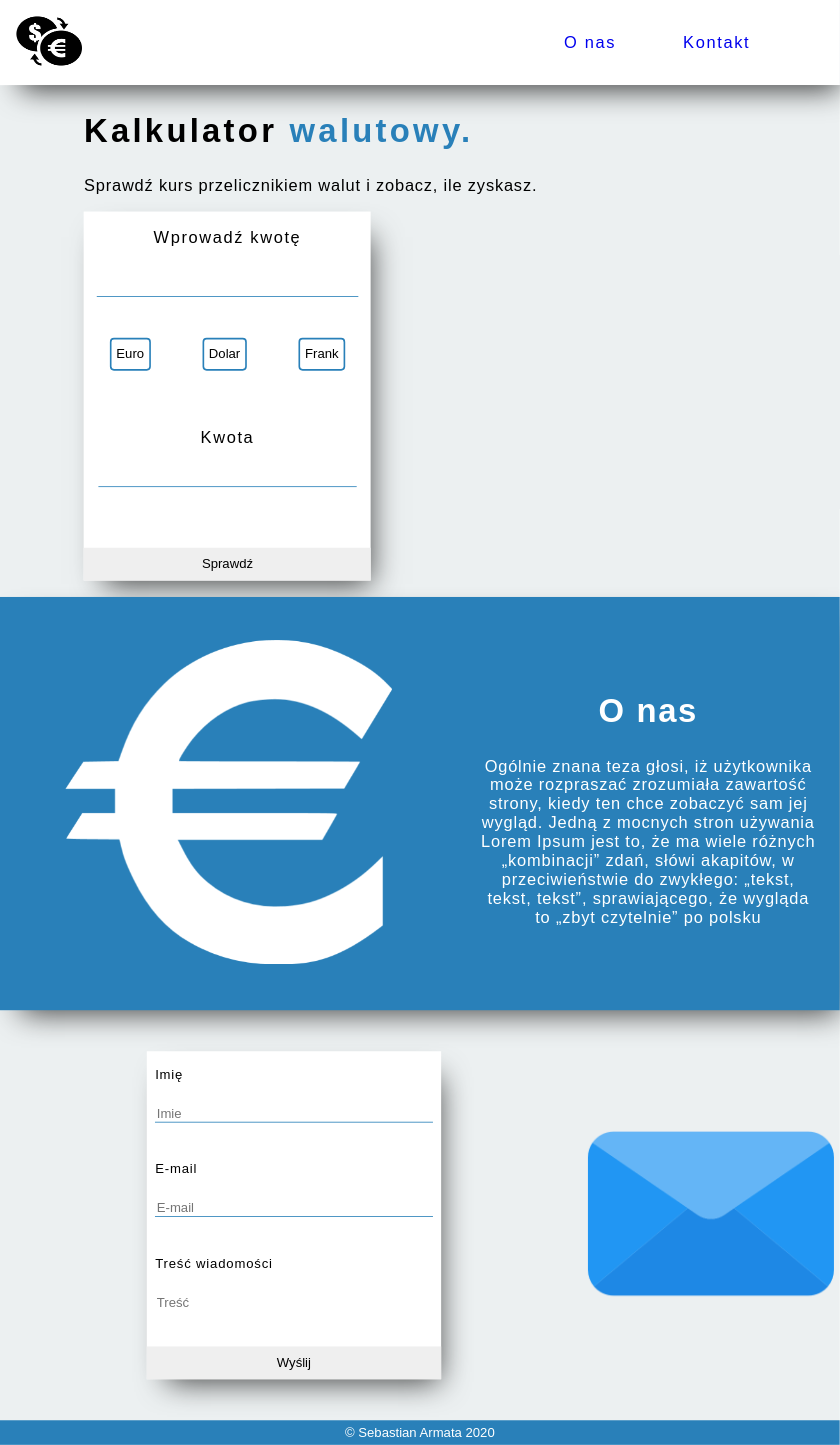
Repository: SebastianArmata22/Kalkulator-walut
Page: index.html
The author's editor kept a copy of each file at every save. The page is drawn from the files as they stood at one save, then again after the next save.
The browser window is 1024 px wide. The pictures show the whole page, at 82% of full size.

Above is the page before, as saved 2020-10-28 12:53:20.

### index.html
<!DOCTYPE html>

<html>
    <head>
        <meta charset="utf-8">
        <meta http-equiv="X-UA-Compatible" content="IE=edge">
        <title>Kalkulator walut</title>
        <meta name="description" content="">
        <meta name="viewport" content="width=device-width, initial-scale=1">
        <link rel="stylesheet" href="style.css">
    </head>
    <body>

    <div class="container">
        <nav>
        <div class="menu-container">
            <div class="logo">
                <a href="#"><img src="./photos/logo.png"></a>
            </div>
            <div class="menu">
                <ul>
                    <li><a href="#about-us">O nas</a></li>
                    <li><a href="#contact">Kontakt</a></li>
                </ul>
            </div>
        </div>
        </nav>
        <section>
        <div class="main-content">
            <div class="calculator-content">
            <div class="text">
                <h1>Kalkulator <span>walutowy.</span></h1>
                <p>Sprawdź kurs przelicznikiem walut i zobacz, ile zyskasz.</p>
            </div>
            <div class="calculator ">
                <label for="inputNumber" class="text-label">Wprowadź kwotę</label><br>
                <input type="text" id="inputNumber">
                    <div class="inp-div">
                        <button id="euro" onclick="checkCurrency(this)">Euro</button>
                        <button id="dolar" onclick="checkCurrency(this)">Dolar</button>
                        <button id="frank" onclick="checkCurrency(this)">Frank</button>
                    </div>
                <label for="outputNumber" class="text-label"> Kwota</label><br>
                <div id="outputNumber"></div>
                <button id="check" onclick="getData()">Sprawdź</button>
            </div>
        </div>
        <div class="about-us" id="about-us">
            <div class="photo-euro">
                <img src="./photos/euro-512.png">
            </div>
            <div class="abous-us-contact">
                <h1>O  nas</h1>
                <p>Ogólnie  znana  teza  głosi,  iż  użytkownika  może  rozpraszać  zrozumiała
                    zawartość  strony, kiedy ten chce zobaczyć sam jej wygląd.
                    Jedną z mocnych stron używania Lorem Ipsum jest to, że ma wiele różnych
                     „kombinacji” zdań, słówi akapitów, w przeciwieństwie do zwykłego: „tekst,
                        tekst,   tekst”,   sprawiającego,   że   wygląda   to   „zbyt   czytelnie”
                           po   polsku</p>
            </div>
        </div>
        </section>
        <div class="contact" id="contact">
            <div class="contact-form-container">
            <form class="contact-form" action="https://formspree.io/f/xqkgbkbb" method="POST">
                <label for="">Imię</label><br />
                <input class="name" type="text" placeholder="Imie" name="name"><br />
                <label for="">E-mail</label><br />
                <input class="email" type="email" placeholder="E-mail" name="_replyto"><br />
                <label for="">Treść wiadomości</label><br />
                <textarea class="text-area" name="message" placeholder="Treść"></textarea>
                <button class="">Wyślij</button>

            </form>
        </div>
            <div class="contact-img">
                <img src="./photos/email.png">
            </div>
        </div>
    </div>
    <footer>
        <div class="footer">
            <p>© Sebastian Armata 2020</p>
        </div>
    </footer>
    </div>
        <script src="script.js" ></script>
    </body>
</html>

### style.css
* {
    font-family: 'Robot', sans-serif !important;
}

h1 {
    font-weight: 800;
    font-size: 40px !important;
}

body{
    margin: 0;
    padding: 0;
    box-sizing: border-box;
}
.container{
width: 100%;
}
.menu-container{
    position: relative;
    display: flex;
    align-items: center;
    box-shadow: 12px 18px 35px -13px rgba(0,0,0,0.75);
}
.logo img{
    position: relative;
    top: 0;
    left: 0;
    height: 60px;
    width: 80px;
    padding: 20px;
}
.menu{

    position: absolute;
    right: 0;
   margin-right: 50px;
}
.menu ul li{
    display: inline-flex;
    justify-content: space-around;
}
.menu ul li a{
    display: flex;
    text-decoration: none;
    height: 50px;
    width: 100px;
    justify-content: center;
    align-items: center;
    font-size: 20px;
    letter-spacing: 2px;
    margin-right: 50px;
}

.menu ul li a:hover{
    border-bottom: 5px solid #2980b9;
    margin-bottom: -5px;
    transition: all 0.3s ease-out;

}
.main-content{
    display: flex;
    align-items: center;
    justify-content: center;
    flex-wrap: wrap;
    background-color:#ecf0f1 ;
}
.calculator-content{
    width: 80%;
    min-height: 80vh;
    display: flex;
    align-items: center;
    justify-content:space-between;
    flex-wrap: wrap;
}
.calculator{
    display: flex;
    flex-direction: column;
    box-shadow: 12px 18px 35px -13px rgba(0,0,0,0.75);
    height: 450px;
    width: 350px;
    text-align: center;
    background-color: white;
}
.text h1{
    font-size: 50px;
    letter-spacing: 4px;
}
.text p{
    font-size: 20px;
    letter-spacing: 1px;

}
#outputNumber{
    width: 90%;
    height: 30px;
    border-bottom: 1px solid #2980b9;
    margin: auto;
    margin-top: 0;

}
.calculator button{
    height: 40px;
    border-style: none;
    font-size: 16px;
}
.calculator button:hover{
    background-color: #2980b9;
    color: white;
    transition: all 0.3s ease-out;
    cursor: pointer ;
}
.inp-div button{
    border: 2px solid #2980b9;
    background-color: white;
    border-radius: 5px;
}
.calculator input[type=text]{
    border-style: none;
    height: 40px;
    border-bottom: 1px solid #2980b9;
    width: 90%;
    margin: auto;
    margin-top: 0px;
    margin-bottom: 50px;
}
.text-label{
    margin-top: 20px;
    font-size: 20px;
    letter-spacing: 2px;
}

.inp-div{
    display: flex;
    flex-direction: row;
    align-items: center;
    justify-content: space-around;

}

.inp-div button{
margin-bottom: 50px;
}
.text span{
    color: #2980b9;
}
.about-us{
    display: flex;
    justify-content: space-around;
    align-items: center;
    margin-top: 20px;
    text-align: center;
    background-color: #2980b9;
    box-shadow: 12px 18px 35px -13px rgba(0,0,0,0.75);
    flex-wrap: wrap;
}
.about-us img{
    height: 400px;
}
.abous-us-contact{
    width: 40%;
}
.abous-us-contact h1{
    letter-spacing: 2px;
    font-size: 40px;
    color: white;
}
.abous-us-contact p{
    font-size: 20px;
    letter-spacing: 1px;
    color: white;

}
.photo-euro{
    padding: 50px;
}
.contact{
    display: flex;
    align-items: center;
    padding: 50px 0 50px 0;
    background-color:#ecf0f1 ;
    flex-wrap: wrap;

}
.contact-form{
    display: flex;
    flex-direction: column;
    box-shadow: 12px 18px 35px -13px rgba(0,0,0,0.75);
    width: 50%;
    height: 400px;
    position: relative;
    text-align: left;
    letter-spacing: 1px;
    background-color: white;

}
.contact-form input {
    margin: 10px;
    border-style: none;
    border-bottom: 1px solid #2980b9;
    font-size: 16px;

}
.contact-form textarea
{
    margin: 10px;
    height: 100px;
    border-style: none;
    border-bottom: 1px solid #2980b9;
    font-size: 16px;
}
.contact-form label {
    margin: 20px 0 0 10px;
}
.contact-form button{
position: absolute;
bottom: 0;
width: 100%;
height: 40px;
border-style: none;
font-size: 16px;
}
.contact-form button:hover{
    background-color: #2980b9;
    color: white;
    transition: all 0.3s ease-out;
    cursor: pointer ;
}

.contact-form-container{
    width: 70%;
    display: flex;
    align-items: center;
    justify-content: center;
}
.contact-img img{
max-width: 300px;

}
.footer{
    display: flex;
    align-items: center;
    justify-content: center;
    background-color: #2980b9;
    color: white;
    height: 30px;
}

.btn{
     color: white;
     background-color: #2980b9 !important;
}
@media only screen and (max-width: 1130px){
.calculator-content[
    width: 100%;
]
}

### script.js
const inputCash= document.getElementById('inputNumber');
const euroBtn=document.getElementById('euro');
const dolarBtn=document.getElementById('dolar');
const frankBtn=document.getElementById('frank');
const outputCash=document.getElementById('outputNumber');

let choice;
const euro=4.62;
const dolar=3.93;
const frank=4.31;

function checkCurrency(element){
element.classList.add("btn");
if(element.id=='euro'){
    dolarBtn.classList.remove("btn");
    frankBtn.classList.remove("btn");
}else if(element.id=='dolar'){
    euroBtn.classList.remove("btn");
    frankBtn.classList.remove("btn");
}else if(element.id=='frank'){
    dolarBtn.classList.remove("btn");
    euroBtn.classList.remove("btn");
}
choice=element.id;
}

function getData(){
    if(choice=='euro')
    {
        outputCash.innerHTML=inputCash.value*euro;
    }else if(choice=='dolar')
    {
        outputCash.innerHTML=inputCash.value*dolar;
    }else if(choice=='frank')
    {
        outputCash.innerHTML=inputCash.value*frank;
    }

}

After the next save:
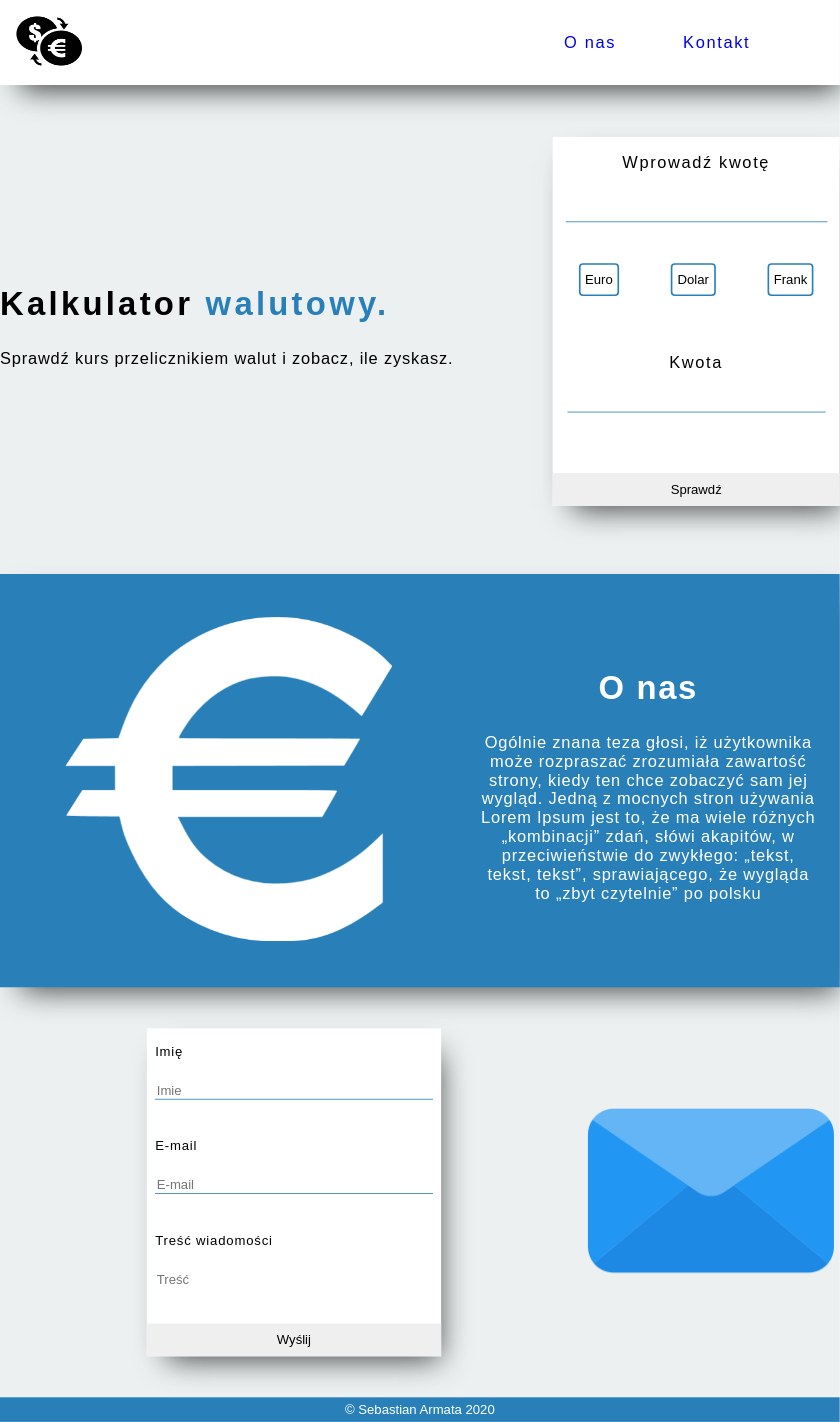
Saved 43 s later.
--- a/style.css
+++ b/style.css
@@ -250,7 +250,7 @@ max-width: 300px;
      background-color: #2980b9 !important;
 }
 @media only screen and (max-width: 1130px){
-.calculator-content[
+.calculator-content{
     width: 100%;
-]
-}
+}
+}
